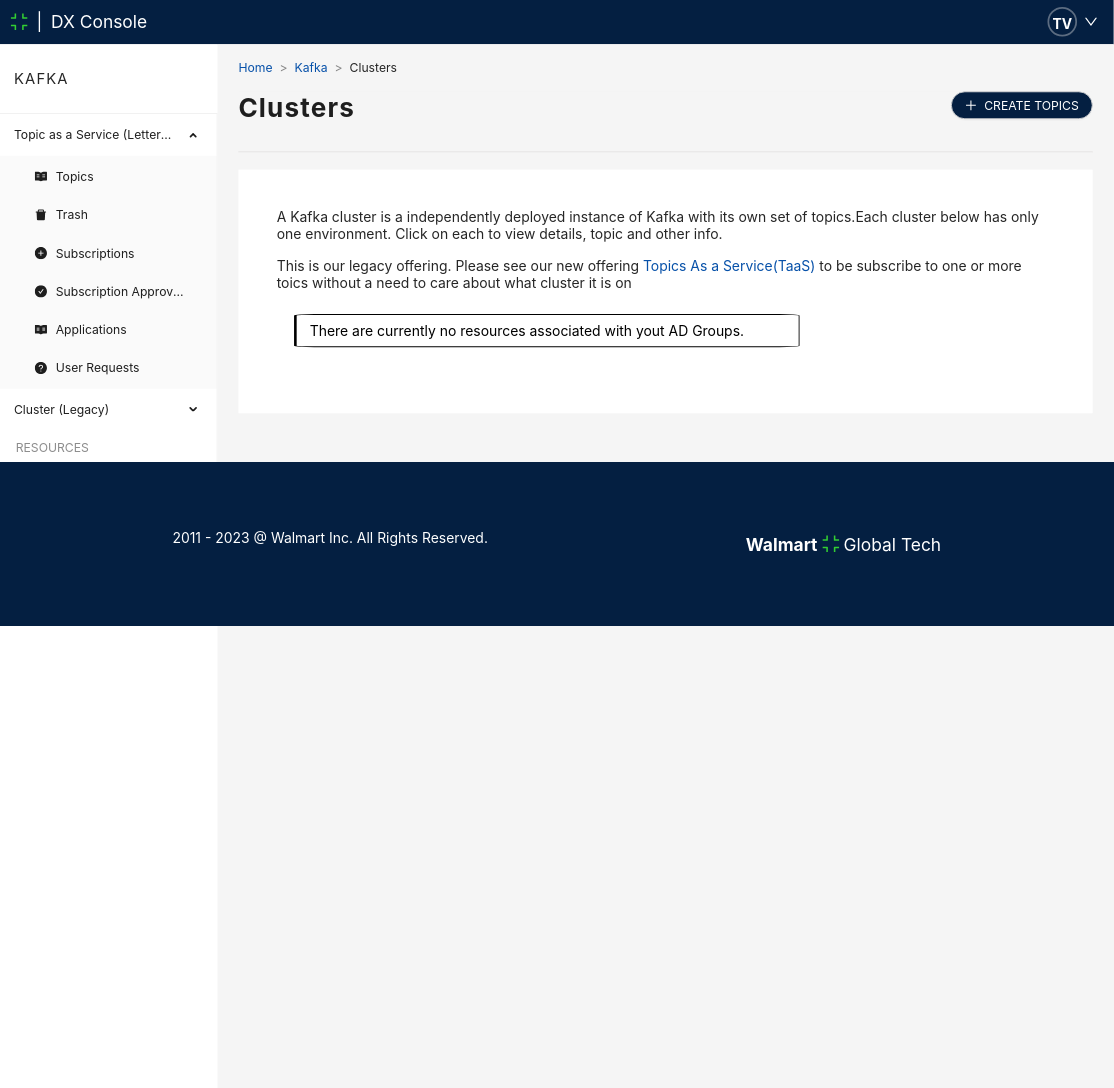
Repository: Qianying-Chai/kafka
Page: /kafka/clusters
An editor plug-in stored every save of this project. The page is shown before and after the next save, followed by the edit.
The browser window is 1280 px wide. The pictures show the whole page, at 87% of full size.
The project was rebuilt for these pictures with package versions that can differ from the ones it lists, and the page was loaded fresh each time. Also part of the build but not shown: src/pages/Components/ComponentsTable.jsx, src/pages/Components/ComponentsInput.jsx, src/pages/Components/ComponentsPagination.jsx, src/pages/Taas/Topics/Topics.jsx, src/pages/Taas/Trash/Style/Trash.css, src/pages/Taas/Trash/Trash.jsx, src/pages/Taas/SubscriptionApprovals/SubscriptionApprovals.jsx, src/pages/Taas/Subscriptions/SubscriptionsNonProxy/SubscriptionsNonProxy.jsx and 8 more.

Above is the page before, as saved 2024-01-12 23:06:49.

After the next save:
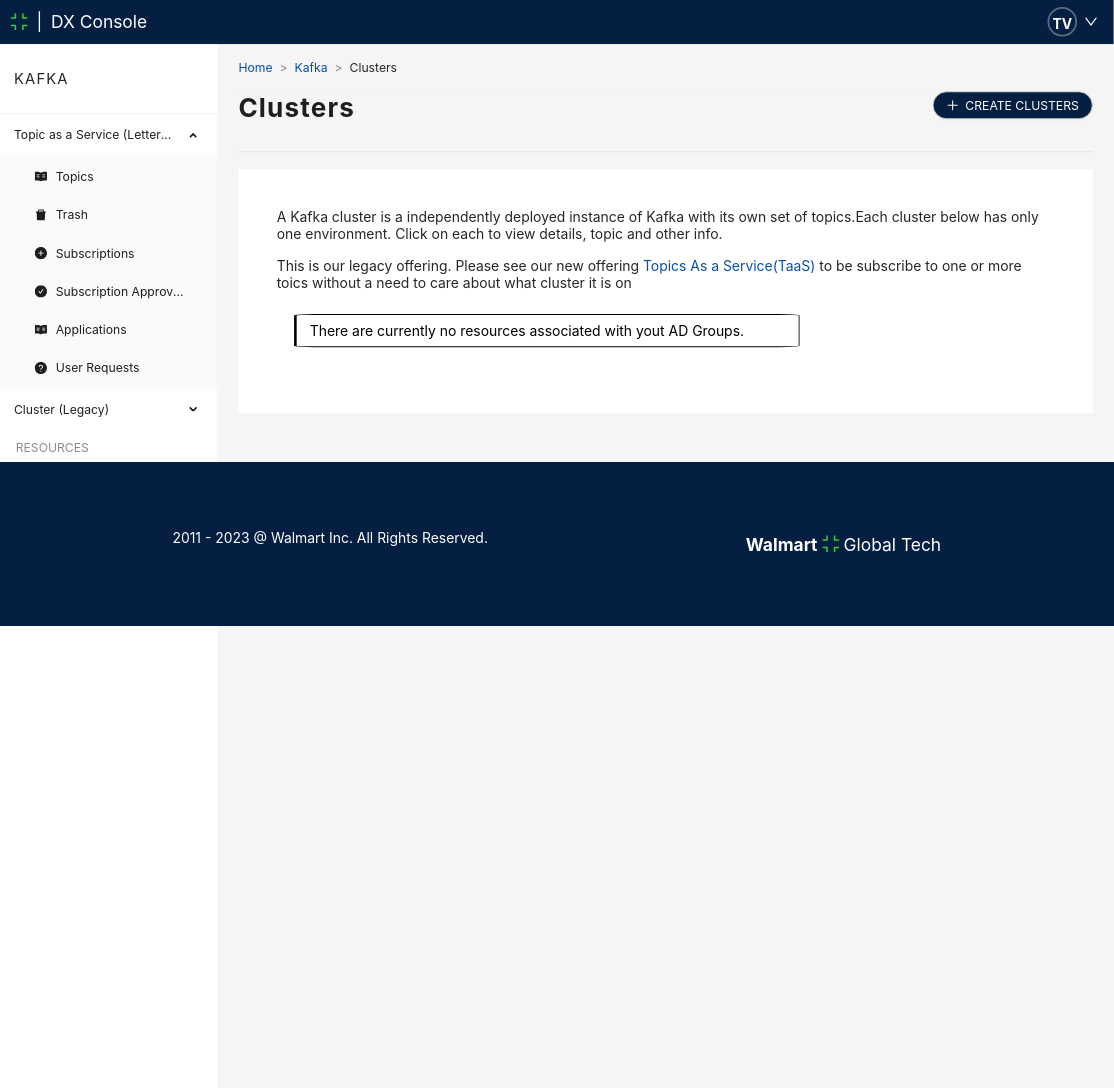
Saved 21 s later.
--- a/src/pages/Cluster/Clusters.jsx
+++ b/src/pages/Cluster/Clusters.jsx
@@ -29,7 +29,7 @@
           <ComponentsTitle title={categoryConstants.CLUSTERS} />
           <Button shape="round" size="medium" className="content-banner-button">
             <PlusOutlined />
-            {`CREATE ${categoryConstants.TOPICS.toLocaleUpperCase()}`}
+            {`CREATE ${categoryConstants.CLUSTERS.toLocaleUpperCase()}`}
           </Button>
         </div>
       </div>
